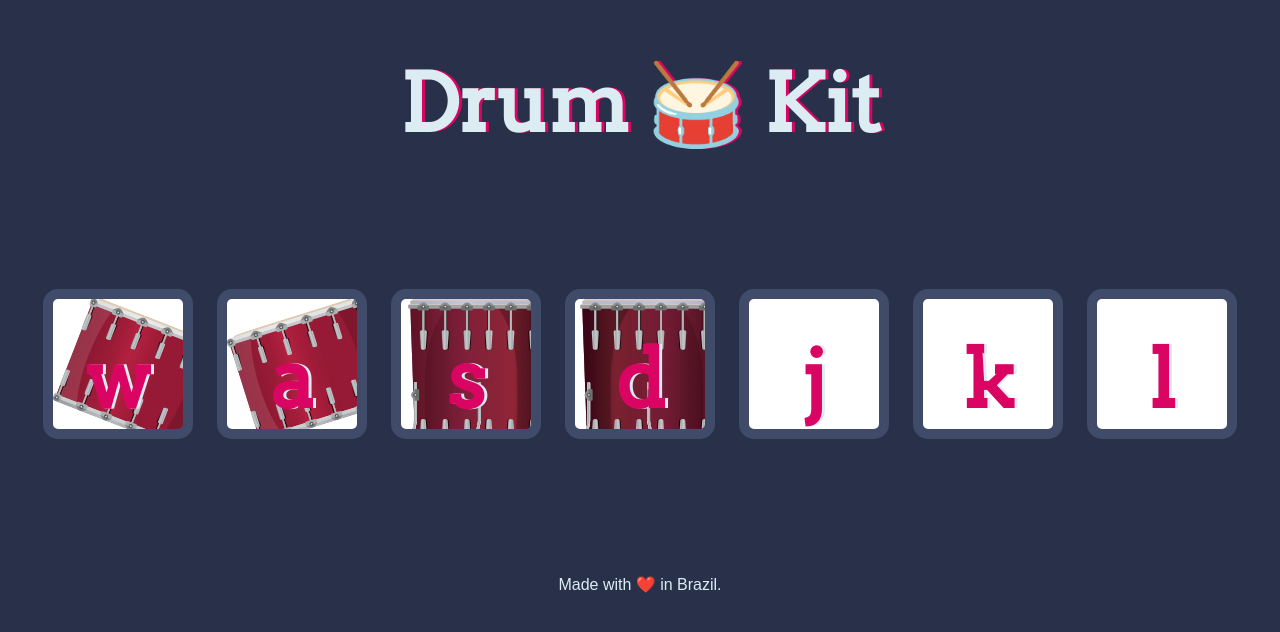
Repository: Mardoqueu/drum-kit
Page: index.html
These files come from the project's save history. The page is drawn as it stood at one moment and after the next save; the edit follows.
The browser window is 1280 px wide. The pictures show the whole page.

Above is the page before, as saved 2022-10-15 09:56:47.
Not found: images/tom5.png

After the next save:
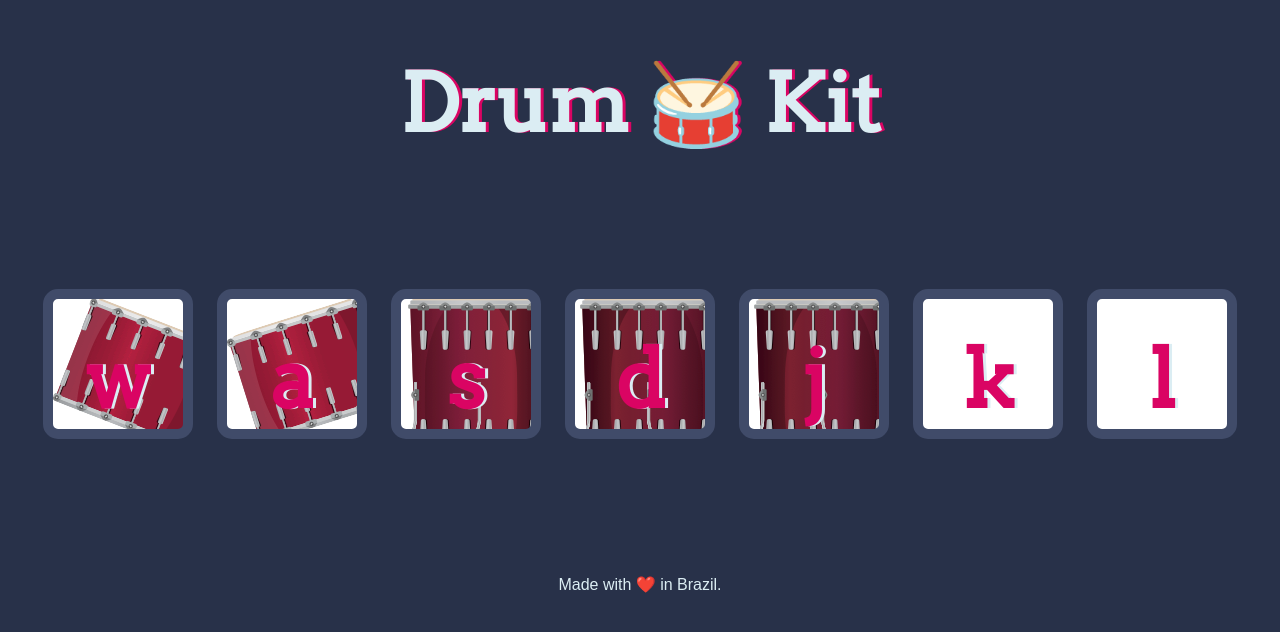
Saved 19 s later.
--- a/styles.css
+++ b/styles.css
@@ -33,7 +33,8 @@
 }
 
 .j {
-  background-image: url("images/tom5.png");
+  background-image: url("images/tom4.png");
+
 }
 
 .k {
